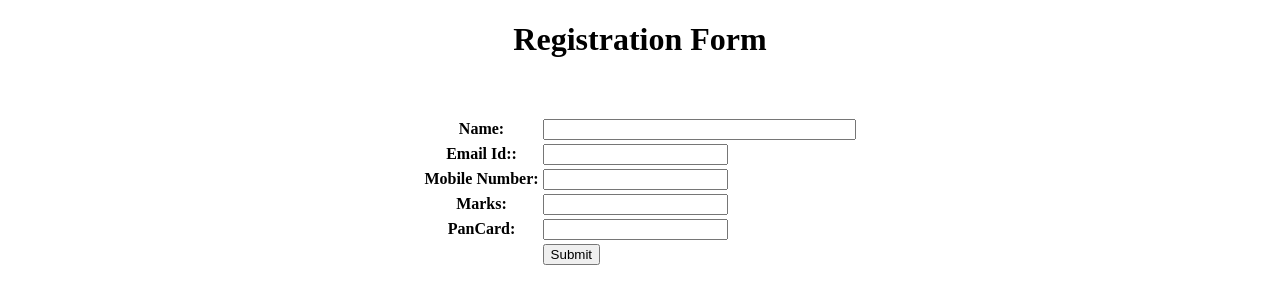
Repository: poojagupta18/Practice-Java
Page: http://localhost/MyOnlineInterviewProcess/RegistrationPortal.jsp
These files come from the project's save history. The page is drawn as it stood at one moment and after the next save; the edit follows.
The browser window is 1280 px wide. The pictures show the whole page.
The page is served by Tomcat 9.

Above is the page before, as saved 2019-12-04 10:47:48.

After the next save:
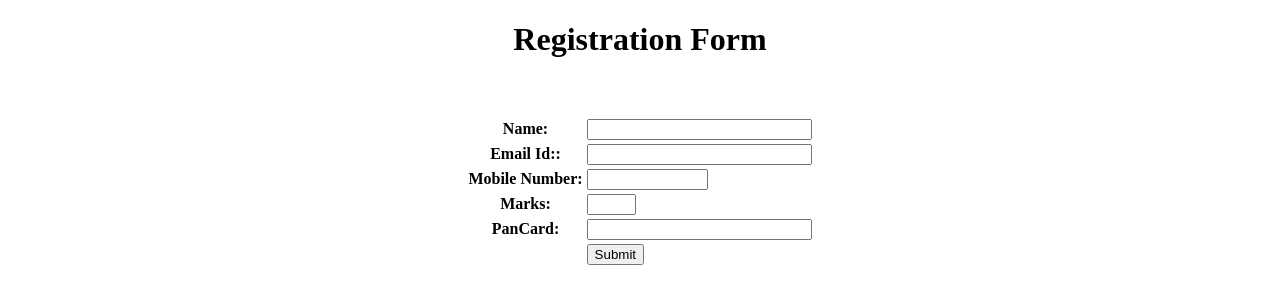
Saved 56 s later.
--- a/java Training/java/Online-Interview-Process/MyOnlineInterviewProcess/WebContent/RegistrationPortal.jsp
+++ b/java Training/java/Online-Interview-Process/MyOnlineInterviewProcess/WebContent/RegistrationPortal.jsp
@@ -18,23 +18,23 @@
 		<table>
 			<tr>
 				<th>Name:</th>
-				<td><input type="text" name="studentName" size="36"></td>
+				<td><input type="text" name="studentName" size="25"></td>
 			</tr>
 			<tr>
 				<th>Email Id::</th>
-				<td><input type="text" name="email"></td>
+				<td><input type="text" name="email" size="25"></td>
 			</tr>
 			<tr>
 				<th>Mobile Number:</th>
-				<td><input type="text" name="mobile"></td>
+				<td><input type="text" name="mobile" size="12"></td>
 			</tr>
 			<tr>
 				<th>Marks:</th>
-				<td><input type="text" name="marks"></td>
+				<td><input type="text" name="marks" size="3"></td>
 			</tr>
 			<tr>
 				<th>PanCard:</th>
-				<td><input type="text" name="pancard"></td>
+				<td><input type="text" name="pancard" size="25"></td>
 			</tr>
 			<tr>
 				<th></th>
